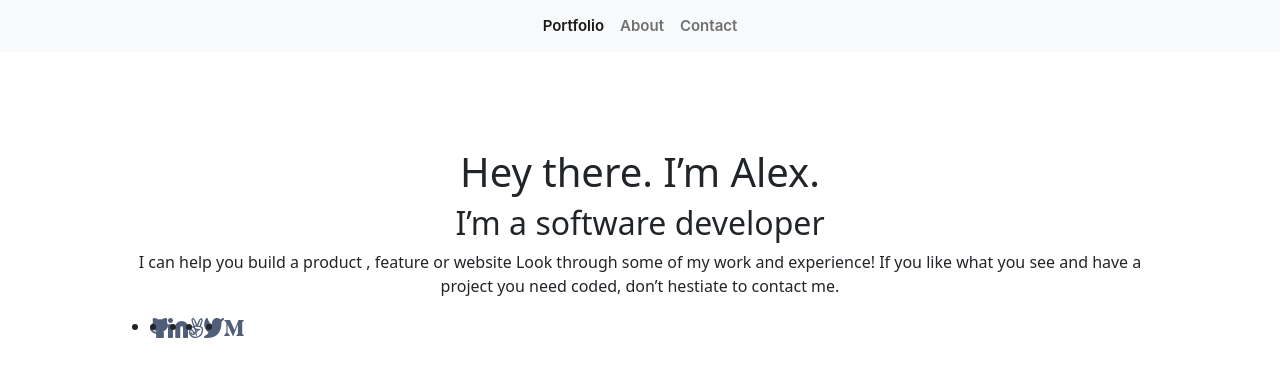
Repository: mustabbas/mustDico-Bootstrap
Page: index.html
The author's editor kept a copy of each file at every save. The page is drawn from the files as they stood at one save, then again after the next save.
The browser window is 1280 px wide. The pictures show the whole page.

Above is the page before, as saved 2021-08-25 20:47:55.

### index.html
<!DOCTYPE html>
<html lang="en">
<head>
    <meta charset="UTF-8">
    <meta name="viewport" content="width=device-width, initial-scale=1.0">
    <meta http-equiv="X-UA-Compatible" content="ie=edge">
    <link rel="stylesheet" href="styles.css" />
    <title>MustDico's-Portfolio</title>
    <!-- CSS only -->
<link href="https://cdn.jsdelivr.net/npm/bootstrap@5.1.0/dist/css/bootstrap.min.css" rel="stylesheet" integrity="sha384-KyZXEAg3QhqLMpG8r+8fhAXLRk2vvoC2f3B09zVXn8CA5QIVfZOJ3BCsw2P0p/We" crossorigin="anonymous">
</head>
<body>
    <nav class="navbar navbar-expand-lg navbar-light bg-light">
        <div class="container-fluid">
          <button class="navbar-toggler" type="button" data-bs-toggle="collapse" data-bs-target="#navbarNav" aria-controls="navbarNav" aria-expanded="false" aria-label="Toggle navigation">
            <span class="navbar-toggler-icon"></span>
          </button>
          <div class="collapse navbar-collapse justify-content-center" id="navbarNav">
            <ul class="navbar-nav">
              <li class="nav-item">
                <a class="nav-link active" aria-current="page" href="#">Portfolio</a>
              </li>
              <li class="nav-item">
                <a class="nav-link" href="#">About</a>
              </li>
              <li class="nav-item">
                <a class="nav-link" href="#">Contact</a>
              </li>
            </ul>
          </div>
        </div>
      </nav>
      <section class="container mt-5 p-5">
            <h1 class="text-center">Hey there. I’m Alex.</h1>
            <h2 class="text-center">I’m a software developer</h2>
            <p class="text-center"> I can help you build a product , feature or website Look through some of my work and experience! If you like what you see and have a project you need coded,
                don’t hestiate to contact me.</p>
                <ul class="d-flex">
                    <li><img src="./img/github_dark.svg" alt="Vector-github" /></li>
                    <li><img src="./img/linkedin.svg" alt="Vecto-linkedin" /></li>
                    <li><img src="./img/angellist_dark.svg" alt="Vecto-angellist" /></li>
                    <li><img src="./img/twitter_dark.svg" alt="Vector-twitter" /></li>
                    <li><img src="./img/medium_dark.svg" alt="Vector-medium" /></li>
                </ul>
      </section>

    <!-- JavaScript Bundle with Popper -->
<script src="https://cdn.jsdelivr.net/npm/bootstrap@5.1.0/dist/js/bootstrap.bundle.min.js" integrity="sha384-U1DAWAznBHeqEIlVSCgzq+c9gqGAJn5c/t99JyeKa9xxaYpSvHU5awsuZVVFIhvj" crossorigin="anonymous"></script>
</body>
</html>

### styles.css

.nav-item {
    font-family: Inter;
    font-style: normal;
    font-weight: 600;
    font-size: 15px;
    line-height: 20px;
    color: #344563;
}

After the next save:
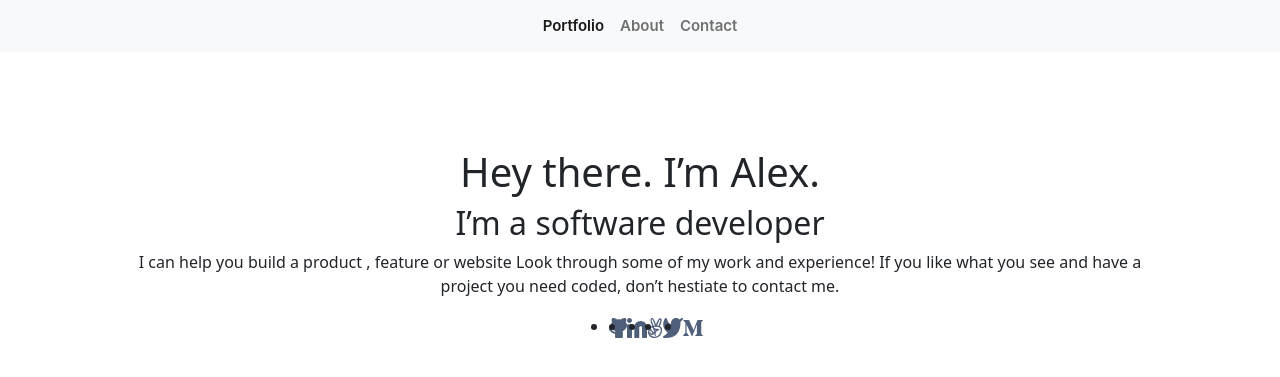
Saved 13 s later.
--- a/index.html
+++ b/index.html
@@ -35,7 +35,7 @@
             <h2 class="text-center">I’m a software developer</h2>
             <p class="text-center"> I can help you build a product , feature or website Look through some of my work and experience! If you like what you see and have a project you need coded,
                 don’t hestiate to contact me.</p>
-                <ul class="d-flex">
+                <ul class="d-flex justify-content-center">
                     <li><img src="./img/github_dark.svg" alt="Vector-github" /></li>
                     <li><img src="./img/linkedin.svg" alt="Vecto-linkedin" /></li>
                     <li><img src="./img/angellist_dark.svg" alt="Vecto-angellist" /></li>
